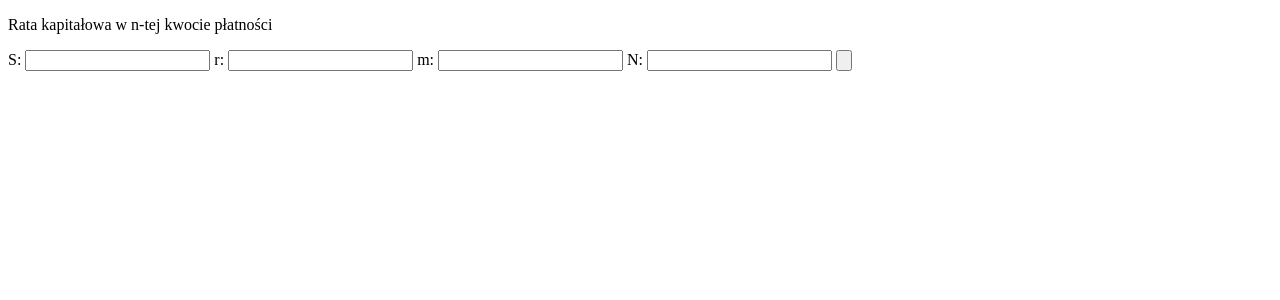
Repository: ravkita/MFCalc
Page: index.html
These files come from the project's save history. The page is drawn as it stood at one moment and after the next save; the edit follows.
The browser window is 1280 px wide. The pictures show the whole page.

Above is the page before, as saved 2021-04-12 16:41:08.

After the next save:
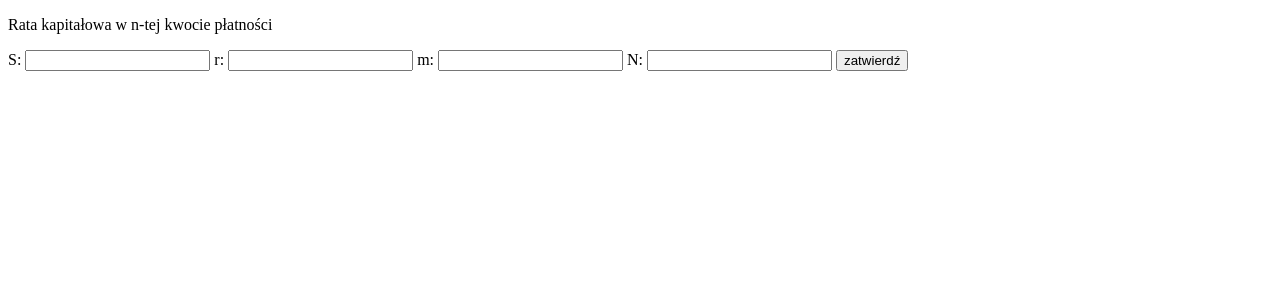
Saved 8 s later.
--- a/index.html
+++ b/index.html
@@ -13,7 +13,7 @@
         <label for="r">r:</label> <input type="number" name="r" class="r">
         <label for="m">m:</label> <input type="number" name="m" class="m">
         <label for="N">N:</label> <input type="number" name="N" class="N">
-        <input type="button" name="confirm" id="confirm">
+        <input type="button" name="confirm" id="confirm" value="zatwierdź">
     </form>
 
     <script type="text/javascript">
